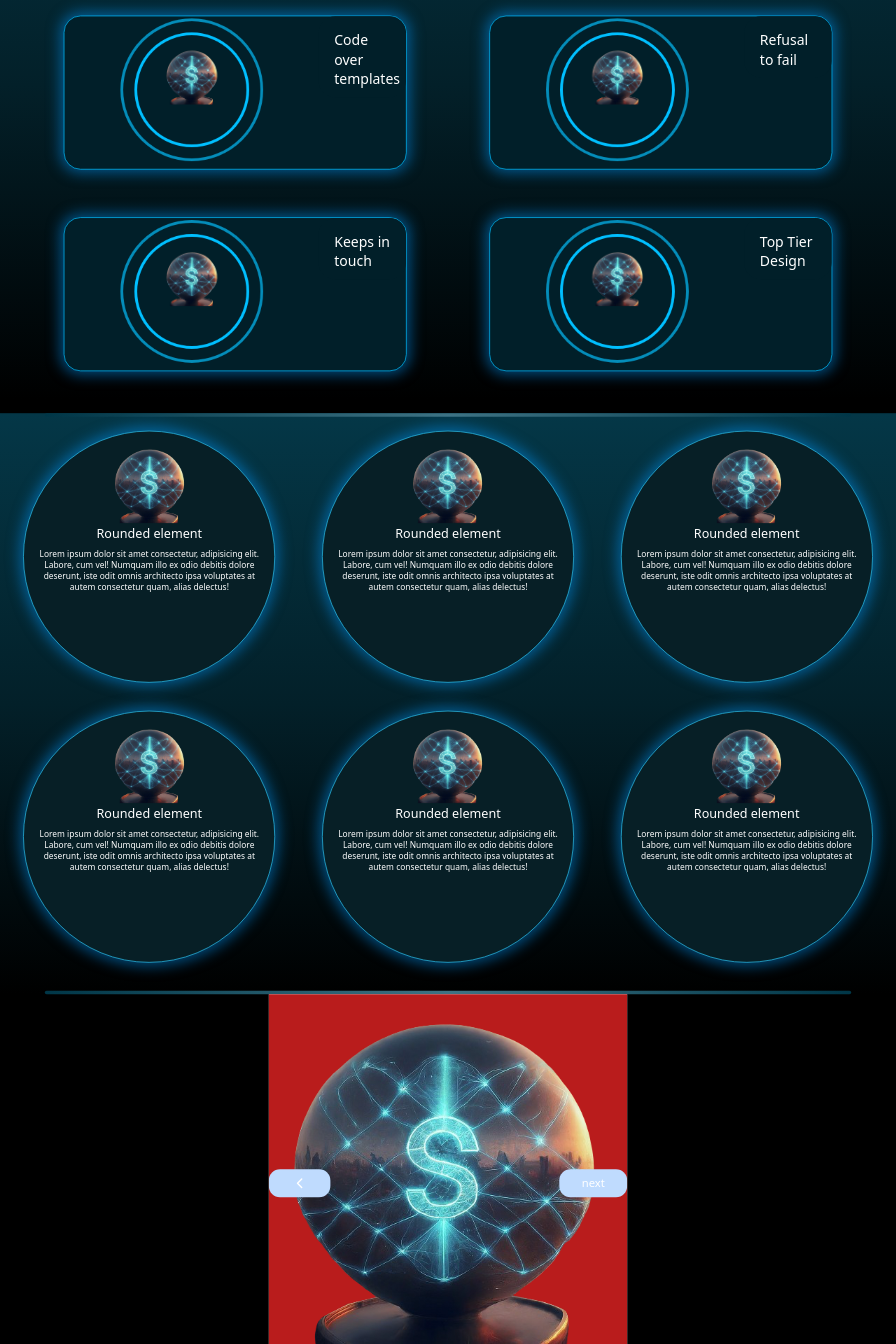
Repository: TMuse333/q3-desings2
Page: /
These files come from the project's save history. The page is drawn as it stood at one moment and after a run of saves; the edit follows.
The browser window is 1280 px wide. The pictures show the part of the page from y = 1046 to 2966 px (the page is 2966 px tall), at 70% of full size.
The project was rebuilt for these pictures with package versions that can differ from the ones it lists, and the page was loaded fresh each time. Also part of the build but not shown: vite.config.ts.

Above is the page before, as saved 2024-05-11 13:47:35.

### src/main.tsx
import React from 'react'
import ReactDOM from 'react-dom/client'
import App from './App.js'
import './index.css'
import {ContextProvider} from './context/context'

ReactDOM.createRoot(document.getElementById('root')!).render(
  <ContextProvider>
  <React.StrictMode>
    <App />
  </React.StrictMode>
  </ContextProvider>,
)

### src/App.tsx


import './App.css'

import Homepage from './components/homepage/homepage'

function App() {


  return (
    <>
<Homepage/>
    </>
  )
}

export default App

### src/index.css
@tailwind base;
@tailwind components;
@tailwind utilities;

#root{
    background-color: black;
    height:100vh;
}

body{
    background-color: black;
}

button{
    padding:0.5rem 2rem;
    background-color: black;
    color:white;
    border-radius: 1rem;
}

h1{
    color:white;
    font-size: 2rem;
}

p{
    color:white;
    /* font-size: 1.5rem; */
}

button{
    background-color: #00769e;
}

.glow {
    box-shadow: 0 0 20px 5px #3e7384;
    box-shadow: 0 0 20px 5px #003647;
box-shadow: 0 0 20px 5px rgba(2, 148, 245, 0.5);
}

.glow:hover{
    box-shadow: 0 0 40px 5px rgba(2, 148, 245, 0.5);
}

### src/context/context.tsx
import React, { createContext, useState, useContext, ReactNode, useEffect } from 'react';

// Define the type for the context value
interface GeneralContextType {
  textYPosition: number;
  setTextYPosition: React.Dispatch<React.SetStateAction<number>>;
  isMobile: boolean;
  setIsMobile: React.Dispatch<React.SetStateAction<boolean>>;
  setSecondCircleComplete:React.Dispatch<React.SetStateAction<boolean[]>>;
  secondCircleComplete: boolean[];
  isMobile2: boolean;
  setIsMobile2: React.Dispatch<React.SetStateAction<boolean>>;
  handleCircleComplete: (index: number, value: boolean) => void;
}

// Create the context
export const GeneralContext = createContext<GeneralContextType | undefined>(undefined);

// Create a provider component
export const ContextProvider: React.FC<{ children: ReactNode }> = ({ children }) => {
  // Initialize the value state
  const [textYPosition, setTextYPosition] = useState<number>(0);

  // Detect mobile devices
  const [isMobile, setIsMobile] = useState<boolean>(window.innerWidth <= 655);

  const [isMobile2, setIsMobile2] = useState<boolean>(window.innerWidth <= 655);

  const [secondCircleComplete, setSecondCircleComplete] = useState<boolean[]>(
    Array.from({ length: 7 }, () => false)
  );

  const handleCircleComplete = (index: number, value: boolean) => {
    setSecondCircleComplete((prev) => {
      const newState = [...prev]; // Create a copy of the previous state array
      newState[index] = value; // Update the value at the specified index
      return newState; // Return the new state array
    });
  };



  useEffect(() => {
    const handleScroll = () => {
      setIsMobile(window.innerWidth <= 655);
    };
    window.addEventListener('scroll', handleScroll);
    handleScroll();

    return () => {
      window.removeEventListener('scroll', handleScroll);
    };
  }, []);

  useEffect(() => {
    const handleScroll = () => {
      setIsMobile2(window.innerWidth <= 400);
    };
    window.addEventListener('scroll', handleScroll);
    handleScroll();

    return () => {
      window.removeEventListener('scroll', handleScroll);
    };
  }, []);

  useEffect(() => {
    console.log('is mobile', isMobile);
  }, [isMobile]);

  const contextValue = {
    textYPosition,
    setTextYPosition,
    isMobile,
    setIsMobile,
    secondCircleComplete,
    setSecondCircleComplete,
    isMobile2,
    setIsMobile2,
    handleCircleComplete
  };

  return <GeneralContext.Provider value={contextValue}>{children}</GeneralContext.Provider>;
};

export const useGeneralContext = (): GeneralContextType => {
  const context = useContext(GeneralContext);
  if (!context) {
    throw new Error('useGeneralContext must be used within a ContextProvider');
  }
  return context;
};

### src/App.css
#root {
  max-width: 1280px;
  margin: 0 auto;
  padding: 2rem;
  text-align: center;
}

.logo {
  height: 6em;
  padding: 1.5em;
  will-change: filter;
  transition: filter 300ms;
}
.logo:hover {
  filter: drop-shadow(0 0 2em #646cffaa);
}
.logo.react:hover {
  filter: drop-shadow(0 0 2em #61dafbaa);
}

.h1{
  color:red;
}

@keyframes logo-spin {
  from {
    transform: rotate(0deg);
  }
  to {
    transform: rotate(360deg);
  }
}

@media (prefers-reduced-motion: no-preference) {
  a:nth-of-type(2) .logo {
    animation: logo-spin infinite 20s linear;
  }
}

.card {
  padding: 2em;
}

.read-the-docs {
  color: #888;
}

### src/components/homepage/homepage.tsx
import React from "react";
import { CircleInfoGraphic } from "../circleInfographic/circleInfoGraphic";
import Content from "../content/content";
import q3 from '../../media/q3-visuals-logo-2.png'
import TextFormat from "../textFormat/textFormat";

// import { TextParallaxContentExample } from "../parallaxText/parallaxText";
import MultiLayerParallax from "../mountainParallax/mountainParallax";
import ParticlesComponent from "../particles/particles";
import nobgLaptop from '../../media/Gemini_Generated_Image_r055a1r055a1r055-removebg-preview.png'
import moneyBall from '../../media/futuristic-money-ball-removebg-preview.png'
import { description1 } from "../../data/data";
import AlternatingText from "../alternatingText/alternatingText";

import CircleList from "../circleListElement/circleList";
import Carousel from "../carousel/carousel";


const Homepage: React.FC = () => {

    const images = [
        moneyBall,
        nobgLaptop,
        q3
    ]


    // useEffect(() => {
    //     const loadTime = window.performance.timing.loadEventEnd - window.performance.timing.navigationStart;
    //     console.log('Page load time:', loadTime, 'milliseconds');
    // }, []);



    return (
        <section className="absolute top-0 left-0 w-screen">


            {/* <ParticlesComponent/> */}
            <MultiLayerParallax/>

            {/* <TextParallaxContentExample/> */}

            {/* <Content
            mainTitle='Your digital presence is important'
            image={nobgLaptop}
            customText={null}
            reverse={true}
            description={description1}
            floatingImage={true}
            hasAnimation={true}
            />

            <AlternatingText/>

            <Content
            mainTitle='Benefits of a website'
            image={moneyBall}
            customText={<TextFormat
            isAnimated={true}
            reverse={false}/>}
            reverse={false}
            description={null}
            floatingImage={true}
            hasAnimation={true}

            /> */}



<div className="relative bg-gradient-to-b from-[#043747] via-[#032029] to-transparent w-screen">
<CircleList/>
</div>

<div className="relative bg-gradient-to-b from-[#043747] via-[#032029] to-transparent w-screen">

<CircleInfoGraphic/>
</div>

{/* <div className="max-w-lg mr-auto ml-auto"> */}
<Carousel images={images}

/>
{/* </div> */}



        </section>
    )
}


export default Homepage

### src/components/circleInfographic/circleInfoGraphic.tsx
import React, {useState,useRef } from "react";
import ball from '../../media/futuristic-money-ball-removebg-preview.png'
import { motion,Variants} from 'framer-motion'
import useIntersectionObserver from "../intersectionObserver/intersectionObserver";
interface CircleProps {
    image:string
}

const CircleElement: React.FC<CircleProps> = ({image}) => {

    const [inView, setInView] = useState<boolean>(false)

    const options = {
        root: null,
        rootMargin: '-25px',
        threshold: 1,
    };

    // Apply intersection observer hook to detect when the component is in view
    const componentRef = useIntersectionObserver(setInView, options);

    const circleVariants:Variants =  {
        initial:{
            opacity:0,
            y:-60
        },
        animate:{
            opacity:1,
            y:0
        }
    }

    return (
        <motion.section
        ref={componentRef}
        variants={circleVariants}
        initial='initial'
        animate={inView ? 'animate' : 'initial'}
         className={`mt-5 mb-5
        rounded-full bg-[#071f26] hover:bg-[#0e3a47]
        mr-auto ml-auto transition-all
        h-[95vw] w-[95vw] border border-[#2dc0eb]
        flex flex-col  shadow-xl max-w-[360px]
        max-h-[360px]
        sm:w-[48vw] sm:h-[48vw]
        lg:w-[32vw] lg:h-[32vw]
        ${inView ? 'glow' : ''}`}>

            <div className="mt-4">
            <img className="w-[35vw]
            max-w-[115px] max-h-[115px] h-[35vw]
            sm:w-[10vw] sm:h-[10vw] object-cover
            mr-auto ml-auto"
            src={image}
            />
            <h1 className="text-3xl sm:text-lm lg:text-lg ">Rounded element</h1>
            <p className=" ml-auto mr-auto text-sm sm:text-xs pr-5 pl-5 pt-2">Lorem ipsum dolor sit amet consectetur, adipisicing elit. Labore, cum vel! Numquam illo ex odio debitis dolore deserunt, iste odit omnis architecto ipsa voluptates at autem consectetur quam, alias delectus!</p>
            </div>
        </motion.section>
    )
}


export const CircleInfoGraphic = () => {

    return (
        <>
          <div className="mt-5
        w-[90vw] h-[5px]
         bg-gradient-to-r from-[#003647] via-[#3e7384] to-[#003647]
        ml-auto mr-auto rounded-[200rem]
        ">

       </div>
        <section className={`flex
         justify-center flex-col items-center
          sm:grid sm:grid-cols-2 lg:grid-cols-3
           gap-4 lg:gap-0 w-screen max-w-[1500px]  ml-auto mr-auto
          `}>
            <CircleElement
            image={ball}/>
             <CircleElement
            image={ball}/>
                  <CircleElement
            image={ball}/>
             <CircleElement
            image={ball}/>
             <CircleElement
            image={ball}/>
                  <CircleElement
            image={ball}/>
        </section>
        <div className="mt-5
        w-[90vw] h-[5px]
         bg-gradient-to-r from-[#003647] via-[#3e7384] to-[#003647]
        ml-auto mr-auto rounded-[200rem]">

       </div>
       </>
    )
}

### src/components/mountainParallax/mountainParallax.tsx
import  { useRef } from "react";
import bottom from '../../media/bottom-mountain.png'

import full from '../../media/no-bg-mountain.png'
import q3 from '../../media/q3-words.png'
import { motion, useScroll, useTransform } from 'framer-motion'

export default function MultiLayerParallax() {
    const ref = useRef(null);
    const { scrollYProgress } = useScroll({
      target: ref,
      offset: ["start start", "end start"],
    });
    const backgroundY = useTransform(scrollYProgress, [0, 1], ["0%", "100%"]);
    const textY = useTransform(scrollYProgress, [0, 1], ["-20%", "200%"]);

    return (
      <div
        ref={ref}
        className="w-full h-screen overflow-hidden relative grid place-items-center"
      >
       {/* <motion.div className="z-10 relative"
         style={{ y: textY }}> */}
        <motion.img
style={{
    y:textY
}}
        src={q3}
          className="relative z-10 b"
        />
        {/* <motion.h1 className="relative z-10"
        style={{
            y:textY
        }}>
            slatry
        </motion.h1> */}


        <motion.p style={{
             y:textY
        }}
         className="text-white text-2xl relative z-10  mt-[-30rem] sm:-mt-[40rem]">Elevating Brands with discipline and creativity
         </motion.p>
         {/* </motion.div> */}


        <motion.div
          className="absolute inset-0 z-0"
          style={{
            backgroundImage: `url(${full})`,
            backgroundPosition: "bottom",
            backgroundSize: "cover",
            y: backgroundY,
          }}
        />
        <div
          className="absolute inset-0 z-20"
          style={{
            backgroundImage: `url(${bottom})`,
            backgroundPosition: "bottom",
            backgroundSize: "cover",
          }}
        />
      </div>
    );
  }

### src/components/circleListElement/circleList.tsx
import React, {useState} from "react";
import AppearingCircle from "../circleContent/appearingCircle";
import ball from '../../media/futuristic-money-ball-removebg-preview.png'
import {motion, Variants} from 'framer-motion'
import { useGeneralContext } from "../../context/context";
import laptop from '../../media/Gemini_Generated_Image_r055a1r055a1r055-removebg-preview.png'
import useIntersectionObserver from "../intersectionObserver/intersectionObserver";

interface CircleProps {
    image:string,
    title: string,
    description:string

    index:number
secondCircleComplete: boolean,
handleCircleComplete: (index: number, value: boolean) => void;
}

const CircleListElement: React.FC<CircleProps> = ({image,title, description,
    handleCircleComplete,secondCircleComplete,index
}) => {

    const [descriptionClicked, setDescriptionClicked] = useState<boolean>(false)

    function handleDescriptionClick() {
        setDescriptionClicked(!descriptionClicked)
    }





    const { isMobile }  = useGeneralContext()

    const headerVariants: Variants = {
        initial:{
            opacity:0,
            y: isMobile ? -20 : 0,
        },
        animate:{
            opacity:1,
            y:0,
            transition:{
                delay: 0.3
            }
        }

    }




    return (
        <div className=" relative flex glow justify-center  md:h-[220px]
        h-[220px] sm:h-[auto]
        md:flex-row w-[calc(100vw-5px)]  md:w-[40vw] sm2:w-[40vw] items-center sm:items-start mb-10 md:mt-3 bg-[#011f29]
        rounded-3xl max-w-[490px] ml-auto mr-auto border border-q-blue">
<AppearingCircle
secondCircleComplete={secondCircleComplete}
handleCircleComplete={handleCircleComplete}
image={image}
index={index}


/>
<section className="relative text-left pr-0 flex flex-col bg-[#011f29] rounded-3xl
h-auto min-h-0 max-h-full   items-center z-1">
<motion.h1
onClick={handleDescriptionClick}
variants={headerVariants}
initial={'initial'}
animate={secondCircleComplete ? 'animate' : 'initial'}
 className="text-white text-xl w-[80px]  ml-auto mr-auto mt-5
 "
>{title}
 </motion.h1>

<p className={`rounded-lg text-left mt-3 pl-3 pr-3 bg-blue-600 transition-height ease-in duration-300 bg-blue-800 ${descriptionClicked ? ' h-[220px] w-[125px] overflow-scroll pt-5 border-2 border-rose-500' : 'h-0 w-[125px]  overflow-hidden pt-0'}`}>
  {description}
</p>
</section>

        </div>
    )
}



const CircleList: React.FC = () => {

    const {secondCircleComplete, handleCircleComplete}
    = useGeneralContext()

    return (
        <>
        <h1>We get it done</h1>
 <section className="relative
         sm2:grid sm2:grid-cols-2 gap-4 max-w-[1200px] ml-auto
         mr-auto justify-center items-center
">
            {/* <div className="-translate-x-5"> */}
            <CircleListElement
            handleCircleComplete={handleCircleComplete}
            secondCircleComplete={secondCircleComplete[0]}
        index={0}
            image={ball}
            title='Absolute Tenacity'
            description='Be a man of your word'
            />
            {/* </div> */}
            <CircleListElement
            secondCircleComplete={secondCircleComplete[1]}
            handleCircleComplete={handleCircleComplete}
            index={1}
            image={laptop}

            title='Extreme Discipline'
            description='Gym. Code. Quantum Realm. Repeat'
            />

            <CircleListElement
            secondCircleComplete={secondCircleComplete[2]}
            handleCircleComplete={handleCircleComplete}
            index={2}
            image={ball}
            title='Code over templates'
            description='We are not template using pussies we write banging code'
            />

            <CircleListElement
            secondCircleComplete={secondCircleComplete[3]}
            handleCircleComplete={handleCircleComplete}
            index={3}
            image={ball}
            title='Refusal to fail'
            description='Gym. Code. Quantum Realm. Repeat'
            />

<CircleListElement
secondCircleComplete={secondCircleComplete[4]}
handleCircleComplete={handleCircleComplete}
index={4}
            image={ball}
            title='Keeps in touch'
            description='We are not template using pussies we write banging code'
            />

            <CircleListElement
            secondCircleComplete={secondCircleComplete[5]}
            handleCircleComplete={handleCircleComplete}
            index={5}
            image={ball}
            title='Top Tier Design'
            description='Gym. Code. Quantum Realm. Repeat'
            />



        </section>
        </>
    )
}

export default CircleList

### src/components/carousel/carousel.tsx
import React, {useState} from 'react'
import { ChevronLeft, ChevronRight } from "react-feather";

interface CarouselProps {
    images:string[]
}


const Carousel:React.FC<CarouselProps> = ({images}) =>{

    const [imageIndex, setImageIndex] = useState<number>(0)

    return (
      <div className="max-w-lg mr-auto ml-auto">
        <section className='overflow-hidden relative bg-red-200  '>

            <div className='flex bg-red-700 relative '>
                {images.map((image,index) => (
                    <img src={image}
                    key={index}
                    className='h-[500px]'
                    style={{
                        transform:`translateX(-${imageIndex * 100}%)`
                    }}
                    />
                ))}
                    <div className='absolute w-[100%]
                    flex flex-row justify-between
                    top-[50%]'>



                <button className='bg-blue-200'>
                    <ChevronLeft/>
                </button>

                <button className='bg-blue-200'>
                    next
                </button>
            </div>
            </div>



        </section>
        </div>
    )
}

export default Carousel

### src/components/intersectionObserver/intersectionObserver.tsx
import { useEffect, useRef, Dispatch, SetStateAction } from "react";

interface IntersectionObserverOptions {
  root: Element | null;
  rootMargin?: string;
  threshold?: number | number[];
}

const useIntersectionObserver = (
  setInView: Dispatch<SetStateAction<boolean>>,
  options: IntersectionObserverOptions
) => {
  const componentRef = useRef<HTMLDivElement>(null);

  useEffect(() => {
    const observer = new IntersectionObserver(([entry]) => {
      // Update the state based on whether the component is in view
      if (entry.isIntersecting) {
        setInView(true);
        observer.disconnect();
      }
    }, options);

    if (componentRef.current) {
      observer.observe(componentRef.current);
    }

    return () => {
      if (componentRef.current) {
        observer.unobserve(componentRef.current);
      }
    };
  }, [setInView, options]);

  return componentRef;
};

export default useIntersectionObserver;

Loaded but not shown: index.html (common file); tailwind.config.js (21 lines, source omitted); src/components/circleContent/appearingCircle.tsx (297 lines, source omitted)

After the next 2 saves:
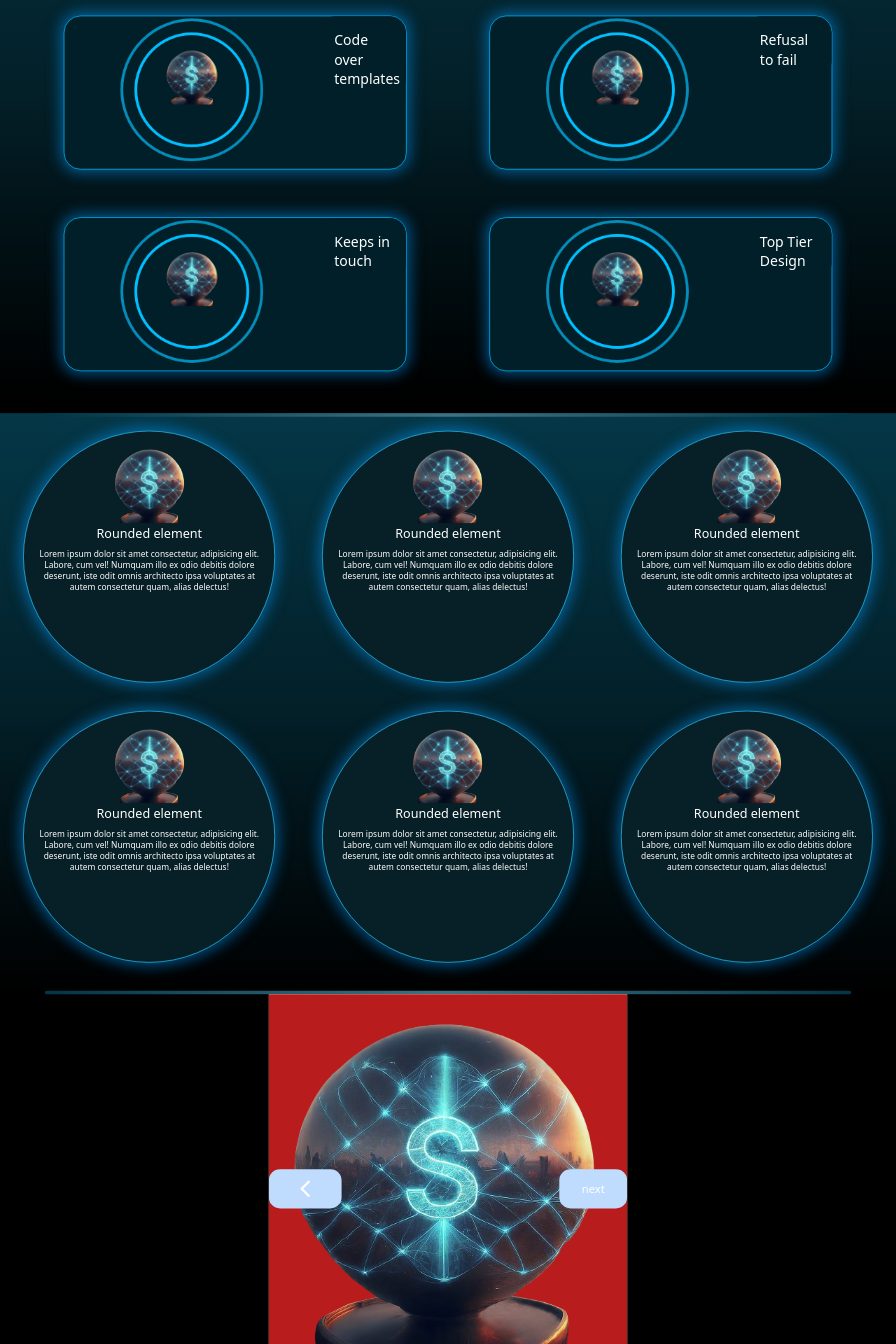
The 2 saves are shown as one change because they came seconds apart.
The last was saved 6 s later.
--- a/src/components/carousel/carousel.tsx
+++ b/src/components/carousel/carousel.tsx
@@ -31,7 +31,8 @@ const Carousel:React.FC<CarouselProps> = ({images}) =>{
 
 
                 <button className='bg-blue-200'>
-                    <ChevronLeft/>
+                    <ChevronLeft
+                    size={40}/>
                 </button>
 
                 <button className='bg-blue-200'>
